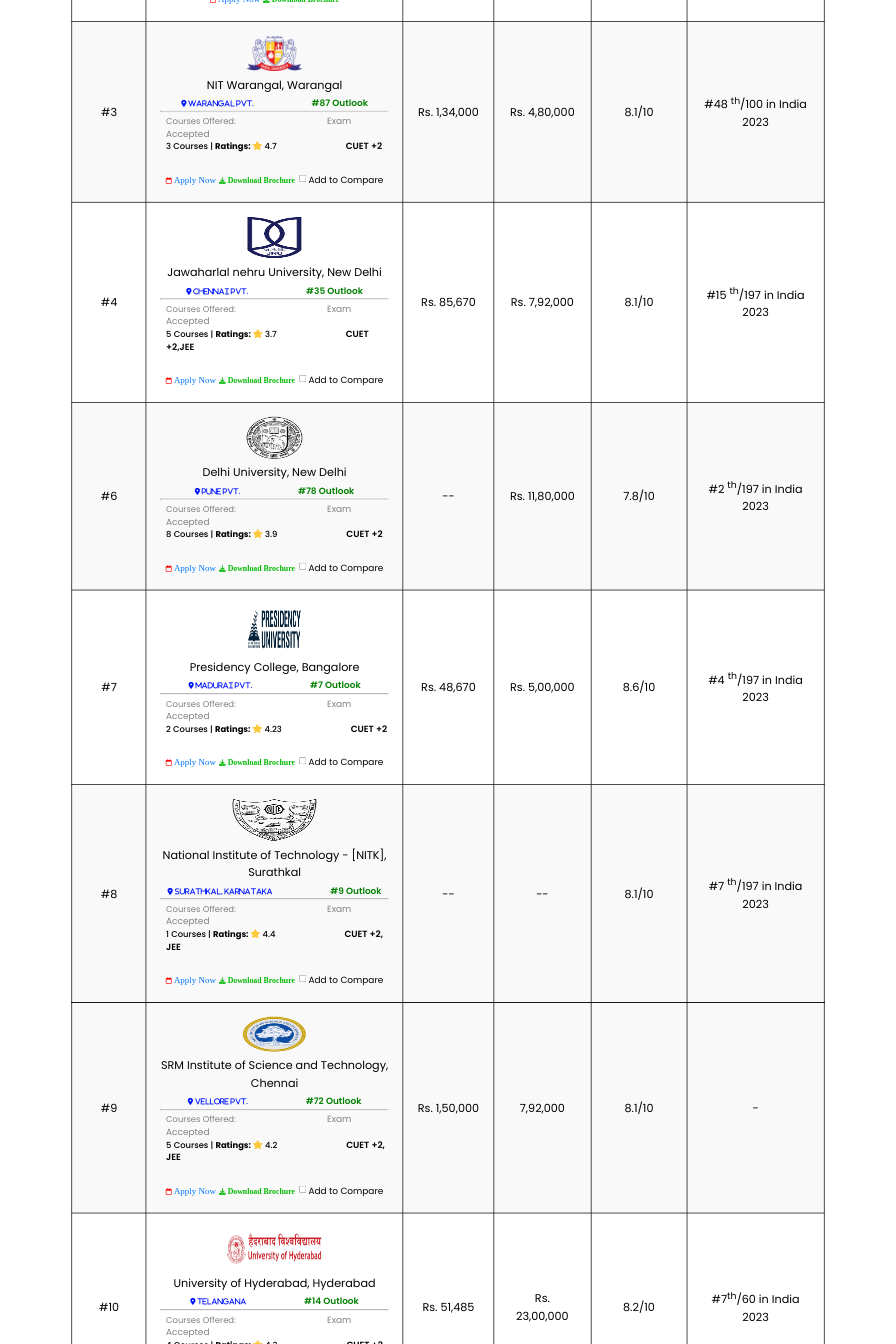
Repository: NamanSahu09/VidyaPreet-Ed-Tech-Website
Page: mca.html
The author's editor kept a copy of each file at every save. The page is drawn from the files as they stood at one save, then again after the next save.
The browser window is 1280 px wide. The pictures show the part of the page from y = 2658 to 4578 px (the page is 5360 px tall), at 70% of full size.
Some web libraries are served in a nearby version.

Above is the page before, as saved 2024-04-15 01:01:05.

After the next save:
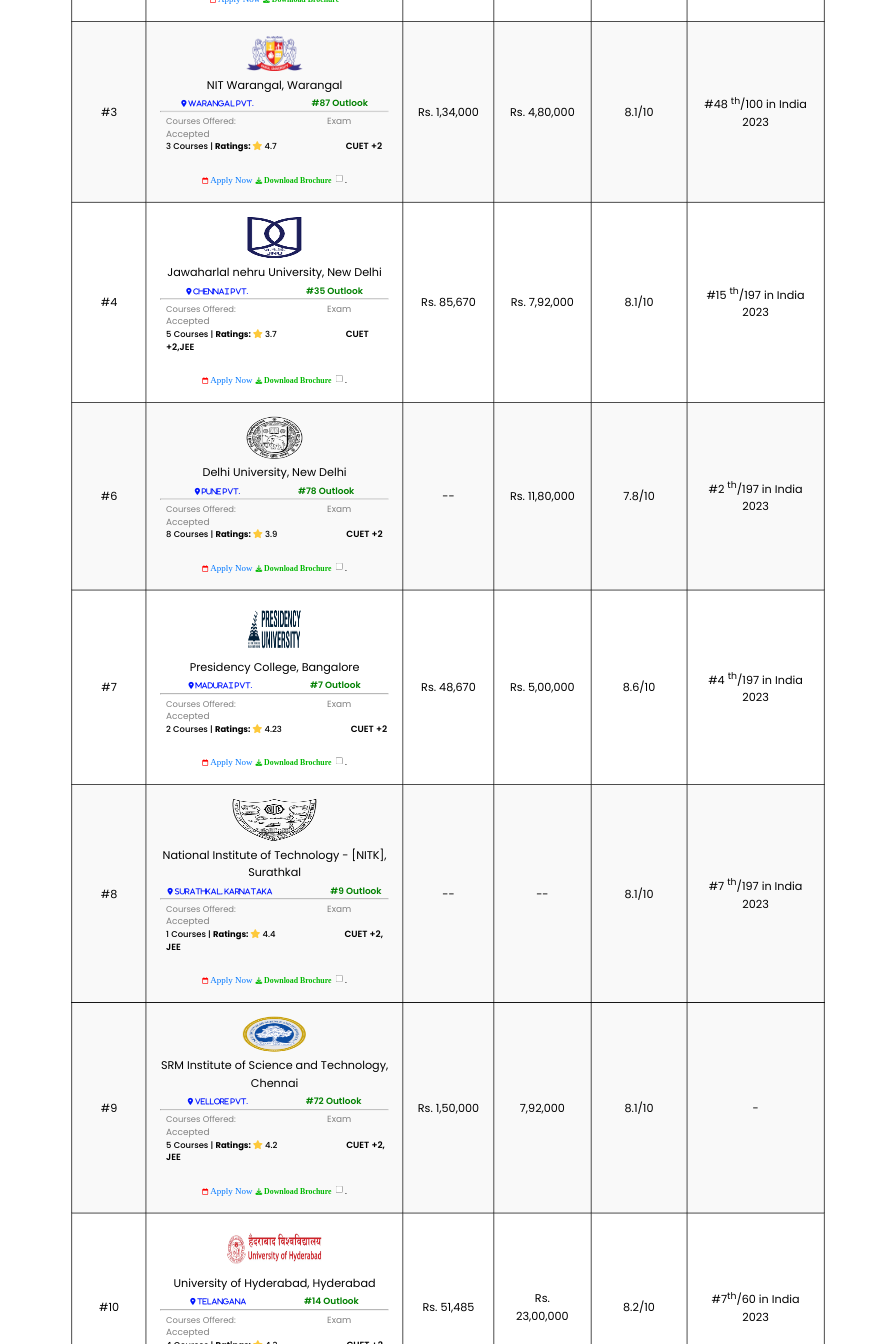
Saved 9 s later.
--- a/mca.html
+++ b/mca.html
@@ -264,7 +264,7 @@
 
 	<i class="fa-regular fa-calendar" align="left"><a href="https://www.nitw.ac.in/"> Apply Now </a></i>
 	<i class="fa-solid fa-download" ><a href=""> Download Brochure </a></i>
-	<input type="checkbox"><span>Add to Compare</span>
+	<input type="checkbox"><span>.</span>
 	</td>
 
 	<td>Rs. 1,34,000</td>
@@ -311,7 +311,7 @@
 
 	<i class="fa-regular fa-calendar" align="left"><a href="https://www.jnu.ac.in/"> Apply Now </a></i>
 	<i class="fa-solid fa-download" ><a href=""> Download Brochure </a></i>
-	<input type="checkbox"><span>Add to Compare</span>
+	<input type="checkbox"><span>.</span>
 
 
 	</td>
@@ -357,7 +357,7 @@
 
 	<i class="fa-regular fa-calendar" align="left"><a href="https://www.du.ac.in/"> Apply Now </a></i>
 	<i class="fa-solid fa-download" ><a href=""> Download Brochure </a></i>
-	<input type="checkbox"><span>Add to Compare</span>
+	<input type="checkbox"><span>.</span>
 
 
 
@@ -409,7 +409,7 @@
 
 	<i class="fa-regular fa-calendar" align="left"><a href="https://presiuniv.ac.in/web/"> Apply Now </a></i>
 	<i class="fa-solid fa-download" ><a href=""> Download Brochure </a></i>
-	<input type="checkbox"><span>Add to Compare</span>
+	<input type="checkbox"><span>.</span>
 
 
 
@@ -461,7 +461,7 @@
 
 	<i class="fa-regular fa-calendar" align="left"><a href="https://www.nitk.ac.in/"> Apply Now </a></i>
 	<i class="fa-solid fa-download" ><a href=""> Download Brochure </a></i>
-	<input type="checkbox"><span>Add to Compare</span>
+	<input type="checkbox"><span>.</span>
 
 
 
@@ -529,7 +529,7 @@
 
 	<i class="fa-regular fa-calendar" align="left"><a href="https://www.srmist.edu.in/"> Apply Now </a></i>
 	<i class="fa-solid fa-download" ><a href=""> Download Brochure </a></i>
-	<input type="checkbox"><span>Add to Compare</span>
+	<input type="checkbox"><span>.</span>
 
 
 
@@ -578,7 +578,7 @@
 
 	<i class="fa-regular fa-calendar" align="left"><a href="https://uohyd.ac.in/"> Apply Now </a></i>
 	<i class="fa-solid fa-download" ><a href=""> Download Brochure </a></i>
-	<input type="checkbox"><span>Add to Compare</span>
+	<input type="checkbox"><span>.</span>
 
 
 
